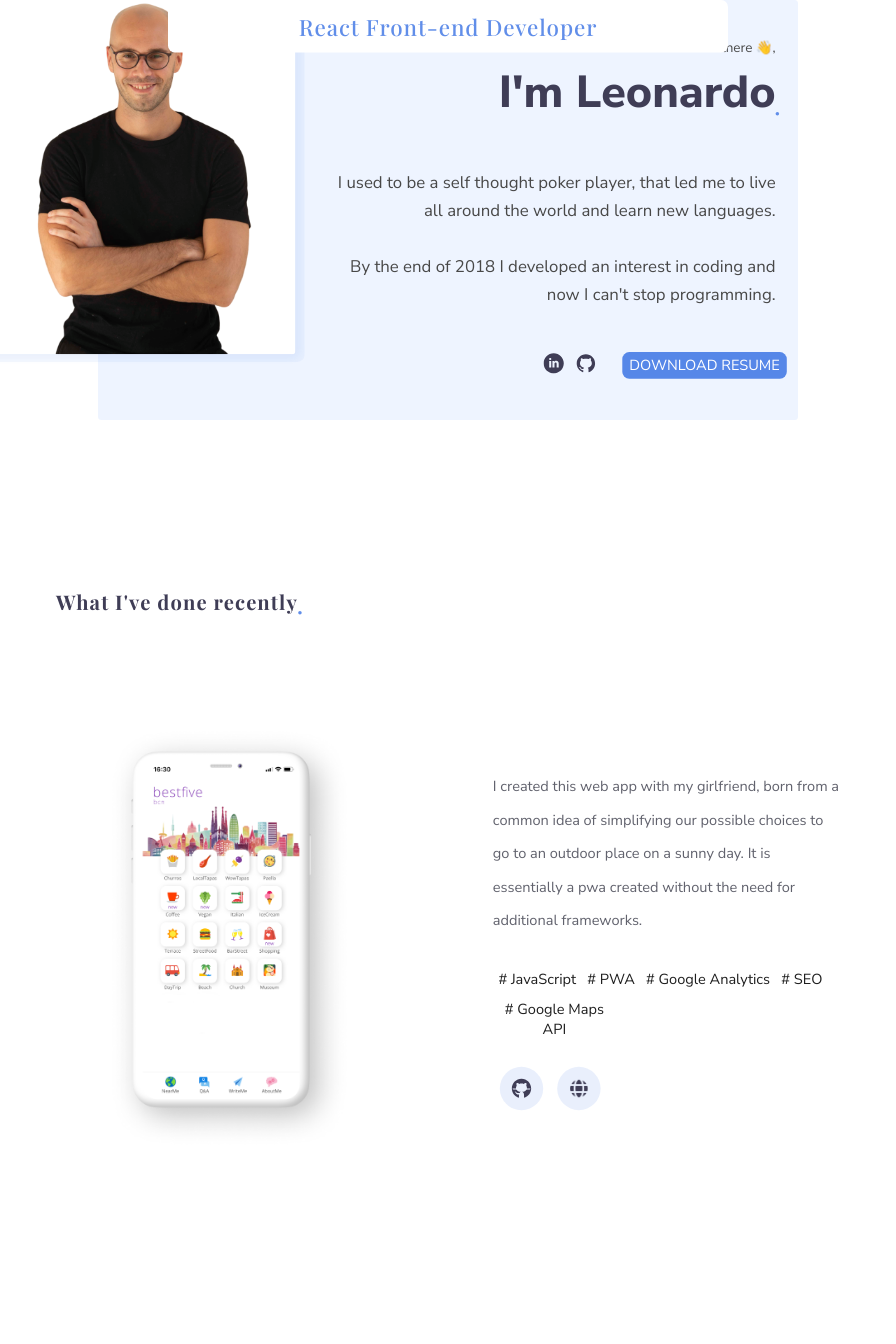
Repository: Easaaa/Portfolio-2020
Page: index.html
An editor plug-in stored every save of this project. The page is shown before and after the next save, followed by the edit.
The browser window is 1280 px wide. The pictures show the part of the page from y = 0 to 1920 px (the page is 6588 px tall), at 70% of full size.
The style sheet was rebuilt from its Sass, Less or Tailwind sources for each picture, by a compiler version that may differ from the author's.

Above is the page before, as saved 2020-02-28 16:09:02.

### index.html
<!DOCTYPE html>
<html lang="en">
  <head>
    <meta charset="UTF-8" />
    <meta name="viewport" content="width=device-width, initial-scale=1.0" />
    <meta http-equiv="X-UA-Compatible" content="ie=edge" />
    <link rel="stylesheet" href="/stylesheets/css/main.css" />
    <title>leonardotononi.com</title>
  </head>
  <body>
    <header>
      <div class="actions">
        <div class="socials">
          <a target="_blank" href="https://www.linkedin.com/in/leonardo-tononi/"
            ><img src="/assets/linkedin-with-circle.svg" alt="linkedin icon"
          /></a>
          <a target="_blank" href="https://github.com/Easaaa"
            ><img src="/assets/github-filled.svg" alt="github icon"
          /></a>
        </div>
        <div class="resume-btn">
          <a href="#">Download Resume</a>
        </div>
      </div>

      <div class="content-header">
        <div class="text-header-col">
          <p class="sub-title">Hi there 👋,</p>
          <h1>
            I'm Leonardo
          </h1>
          <p class="about-title">
            I like learn <br />
            I’m indipendent <br />
            I’m courious
          </p>
          <p class="about-title-desktop">
            I used to be a self thought poker player, that led me to live all
            around the world and learn new languages. <br /><br />

            By the end of 2018 I developed an interest in coding and now I can't
            stop programming.
          </p>
          <div class="actions-desktop">
            <div class="socials">
              <a
                target="_blank"
                href="https://www.linkedin.com/in/leonardo-tononi/"
                ><img src="/assets/linkedin-with-circle.svg" alt="linkedin icon"
              /></a>
              <a target="_blank" href="https://github.com/Easaaa"
                ><img src="/assets/github-filled.svg" alt="github icon"
              /></a>
            </div>
            <div class="resume-btn">
              <a href="#">Download Resume</a>
            </div>
          </div>
          <h4>React Front-end Developer</h4>
        </div>
        <img
          src="/assets/leo-black.png"
          class="image-me-desktop"
          alt="leonardo photo"
        />
      </div>
    </header>
    <section class="works-section">
      <h2>
        What I've done recently
      </h2>
      <div class="work">
        <img src="/assets/bestfive.png" alt="iphone mockup" class="iphone" />
        <div class="work-details">
          <p>
            I created this web app with my girlfriend, born from a common idea
            of ​​simplifying our possible choices to go to an outdoor place on a
            sunny day. It is essentially a pwa created without the need for
            additional frameworks.
          </p>
          <ul class="lan-tag">
            <li># JavaScript</li>
            <li># PWA</li>
            <li># Google Analytics</li>
            <li># SEO</li>
            <li style="width: 11rem;"># Google Maps API</li>
          </ul>
          <div class="project-links">
            <a target="_blank" href="https://github.com/Easaaa/Bestfive-bcn"
              ><img src="/assets/github.svg" alt="git hub icon"
            /></a>
            <a target="_blank" href="https://bestfivebcn.com"
              ><img src="/assets/web.png" alt="world icon"
            /></a>
          </div>
        </div>
      </div>
      <div class="work odds">
        <img
          src="/assets/toureo-admin.png"
          alt="laptop mockup"
          class="desktop"
        />
        <div class="work-details">
          <p>
            After creating the first application and having hard coded the data,
            clearly not the smartest thing, I thought of creating an
            administration page from where I can create and manage the data from
            the database and then pull it from the mobile web app.
            <em
              >If you want have a look, write me an email, because you need the
              access.</em
            >
          </p>
          <ul class="lan-tag">
            <li># React.js</li>
            <li style="width: 10rem;"># Firebase Auth</li>
            <li># Firestore</li>
          </ul>
          <div class="project-links">
            <a
              target="_blank"
              href="https://github.com/Easaaa/admin-app-bestfive"
              ><img src="/assets/github.svg" alt="git hub icon"
            /></a>
            <a target="_blank" href="https://bestfivebcn.netlify.com/"
              ><img src="/assets/web.png" alt="world icon"
            /></a>
          </div>
        </div>
      </div>
      <div class="work">
        <img
          src="/assets/hotel-vittoria.png"
          alt="laptop mockup"
          class="desktop"
        />
        <div class="work-details">
          <p>
            This project with a italian hotel was my first approach to
            programming. In 2018 I made a web site with multilingual support
            with plain Html, css and JavaScript. On this
            <a target="_blank" href="https://vittoriahotel.eu">link</a> you can
            see the previous web and below you can see the new web app that is
            nearly ready to be deployed and so how my skills and tastes have
            evolved.
          </p>
          <ul class="lan-tag">
            <li># Gatsby.js</li>
            <li># Mobile View</li>
            <li># Booking.com API</li>
          </ul>
          <div class="project-links">
            <a
              target="_blank"
              href="https://github.com/Easaaa/hotel-vittoria-2020"
              ><img src="/assets/github.svg" alt="git hub icon"
            /></a>
            <a target="_blank" href="https://hotelvittoria.netlify.com/"
              ><img src="/assets/web.png" alt="world icon"
            /></a>
          </div>
        </div>
      </div>
      <div class="work odds">
        <img
          src="/assets/books-manager.png"
          alt="laptop mockup"
          class="desktop"
        />
        <div class="work-details">
          <p>
            This is a simple project made with react redux to test my
            understanding and the power of this stack.
          </p>
          <ul class="lan-tag">
            <li># React.js</li>
            <li># Redux</li>
            <li># Firebase Auth</li>
            <li># Google Books APIs</li>
          </ul>
          <div class="project-links">
            <a target="_blank" href="https://github.com/Easaaa/Book-manager"
              ><img src="/assets/github.svg" alt="git hub icon"
            /></a>
            <a target="_blank" href="https://books-manager.netlify.com/"
              ><img src="/assets/web.png" alt="world icon"
            /></a>
          </div>
        </div>
      </div>
      <h2>
        What I'm currently working on
      </h2>
      <div class="work">
        <img
          src="/assets/toureo-proto.png"
          alt="iphone mockup"
          class="iphone"
        />
        <div class="work-details">
          <p>
            I am recreating the first application (bestfive). The aim is to
            create the application with React Native, building more complex
            features, such as a more functional map, with filters and better
            interactions.
          </p>
          <ul class="lan-tag">
            <li># ReactNative</li>
            <li># Firebase</li>
          </ul>
          <div class="project-links"></div>
        </div>
      </div>
    </section>
    <section class="skill-section">
      <h2>
        Skills
      </h2>
      <ul class="skills">
        <li><img src="/assets/icon-skills/javascript.svg" alt="" /></li>
        <li><img src="/assets/icon-skills/react.svg" alt="" /></li>
        <li><img src="/assets/icon-skills/redux.svg" alt="" /></li>
        <li><img src="/assets/icon-skills/gatsby.svg" alt="" /></li>
        <li><img src="/assets/icon-skills/firebase.svg" alt="" /></li>
        <li><img src="/assets/icon-skills/sass.svg" alt="" /></li>
        <li><img src="/assets/icon-skills/html-5.svg" alt="" /></li>
        <li><img src="/assets/icon-skills/css-3.svg" alt="" /></li>
        <li><img src="/assets/icon-skills/logo-pwa.svg" alt="" /></li>
        <li><img src="/assets/icon-skills/figma.svg" alt="" /></li>
      </ul>
    </section>
    <footer>
      <h2>How to contact me</h2>
      <p>
        I am available for freelancer jobs and to work in your company. If you
        think I would be a good fit for you, send me an email.
      </p>
      <a href="mailto:leonardotononi@gmail.com" target="_top">
        <h5>leonardotononi@gmail.com</h5></a
      >
      <a href="/CV ENG - 02:2020.pdf" download>Download resume</a>
      <div class="social-links">
        <a target="_blank" href="https://www.linkedin.com/in/leonardo-tononi/"
          ><img src="/assets/linkedin-with-circle.svg" alt="linkedin icon"
        /></a>
        <a target="_blank" href="https://github.com/Easaaa"
          ><img src="/assets/github-filled.svg" alt="github icon"
        /></a>
      </div>
    </footer>
  </body>
</html>

### stylesheets/scss/main.scss
@import url("https://fonts.googleapis.com/css?family=Nunito+Sans:400,600,700,800&display=swap");
@import url("https://fonts.googleapis.com/css?family=Playfair+Display:500,700&display=swap");

* {
  padding: 0;
  margin: 0;
  box-sizing: border-box;
}

html {
  height: 100%;
  font-family: "Nunito Sans", sans-serif;
  -ms-text-size-adjust: 100%;
  -webkit-text-size-adjust: 100%;
}

body {
  width: 100%;
  height: 100%;
  -webkit-font-smoothing: antialiased;
  -moz-osx-font-smoothing: grayscale;
  font-size: 16px;
  display: block;
  min-width: 100%;
  margin-right: auto;
  margin-left: auto;
  float: right;
  clear: none;
  color: #1e1e1e;
  font-style: normal;
}

// GENERAL STYLE

ul li {
  list-style: none;
}

h2 {
  font-size: 1.8rem;
  color: #3f3d56;
  font-weight: 900;
  position: relative;
  font-family: "Playfair Display", serif;
  letter-spacing: 1.6px;

  &:after {
    content: "";
    width: 5px;
    height: 5px;
    background-color: #618ee9;
    border-radius: 50%;
    bottom: 0;
    position: absolute;
  }
}

a {
  cursor: pointer;
}

// HEADER

header {
  width: 100%;
  padding: 1rem 0 4rem 0;
  height: 90vh;

  .actions-desktop {
    display: none
  }

  .actions {
    padding: 0 1rem;
    width: 100%;
    display: flex;
    justify-content: space-between;

    img {
      margin: 0 5px;
      width: 30px;
    }

    .resume-btn {
      padding-top: 4px;

      a {
        background-color: #5687E8;
        padding: 5px 10px;
        border-radius: 10px;
        color: #fff;
        text-decoration: none;
        text-transform: uppercase;
        transition: background-color 150ms ease-in-out;

        &:hover {
          background-color: #4670c5;
        }
      }
    }
  }

  .content-header {
    padding: 3rem 0;
    border-radius: 5px;
    height: 450px;
    top: 50%;
    position: relative;
    margin-top: -225px;

    .sub-title {
      font-size: 1.2rem;
      padding: 0 2rem;
    }

    .about-title-desktop {
      display: none;
    }
  }

  h1 {
    color: #3f3d56;
    font-size: 2.5rem;
    text-align: end;
    font-weight: 900;
    padding: 0 2rem;
    position: relative;

    &:after {
      content: "";
      width: 5px;
      height: 5px;
      background-color: #618ee9;
      border-radius: 50%;
      bottom: 0.7rem;
      position: absolute;
    }
  }

  h4 {
    color: #3f3d56a1;
    padding: 1rem 2rem;
    font-size: 1.7rem;
    text-align: end;
    color: #618EE9;
  }

  p {
    color: #484848;
    text-align: end;
    font-weight: 400;
    font-size: 1.7rem;
    padding: 1rem 2rem;
    line-height: 2.5rem;
    margin: 0;
  }

  .socials-header {
    padding: 3rem 1rem 0rem 1rem;

    a img {
      width: 30px;
    }
  }



  .image-me-desktop,
  .image-me-mobile {
    max-width: 80%;
    margin: 0 auto -6px 20px;
    mix-blend-mode: normal;
  }

  .image-me-desktop {
    display: none;
  }
}

// WORKS

.works-section {
  max-width: 1400px;
  margin: 0 auto;
  padding: 1rem 2rem;

  img {
    width: 100%;
    margin: 0 auto;
    max-width: 450px;
    display: block;
    object-fit: cover;
    transition: transform 150ms ease-in;

    &:hover {
      transform: scale(1.05);
    }
  }

  .work {
    padding: 5rem 0;

    em {
      font-weight: 100;
    }

    .project-links {
      padding: 1rem 0;
      display: inline-flex;

      a {
        padding: 1rem;
        color: #fff;
        background-color: #618ee924;
        margin: 0 10px;
        border-radius: 50%;
      }

      img {
        width: 30px;
      }
    }
  }

  .iphone {
    width: 70%;
  }

  .desktop {
    max-width: 700px;
  }

  p {
    color: #61626d;
    padding: 1.3rem 0;
    line-height: 35px;
    font-size: 1.3rem;

    a {
      color: #5687e8;
    }
  }

  .lan-tag {
    padding: 1rem 0;
    display: flex;
    flex-wrap: wrap;
    justify-content: flex-start;

    li {
      padding: 0.5rem;
      font-size: 1.3rem;
      text-align: center;
      border-radius: 40px;
    }

    .js {
      background-color: #f7df1e;
    }

    .react {
      background-color: #00d8ff;
    }

    .firebase {
      background-color: #fcca3f;
    }

    .redux {
      background-color: #764abc;
    }

    .pwa {
      background-color: #a34a4a;
      color: #fff;
    }
  }
}

// SKILLS

.skill-section {
  padding: 5rem 2rem;

  h2 {
    margin-bottom: 2rem;
  }

  .skills {
    display: flex;
    flex-wrap: wrap;
    justify-content: space-evenly;

    li {
      width: 100px;
      text-align: center;
      padding: 1rem;

      img {
        width: 40px;
      }
    }
  }
}

// FOOTER

footer {
  padding: 2rem;

  h2 {
    margin-bottom: 2rem;
  }

  p {
    color: #61626d;
    text-align: start;
    font-weight: 400;
    line-height: 2.5rem;
    padding-bottom: 2rem;
    font-size: 1.3rem;
  }

  h5 {
    font-size: 1.2rem;
    font-weight: 400;
    color: #5687e8;
    padding-bottom: 2rem;
  }

  a {
    color: #5687e8;
  }

  .social-links {
    padding: 2rem 0;
    width: 100%;
    text-align: start;

    img {
      width: 30px;
      margin-right: 10px;
      color: #3f3d56;
    }

    a {
      text-decoration: none;
      color: #3f3d56;
    }
  }
}

@media only screen and (min-width: 700px) {
  body {
    font-size: 1.3rem;
  }

  header {
    max-width: 750px;
    margin: 0 auto;
  }

  .works-section {
    padding: 5rem;

    .odds:last-of-type {
      padding: 3rem 0;
    }

    .work {
      padding: 10rem 0;

      p {
        line-height: 3rem;
      }
    }

    .desktop {
      padding-bottom: 4rem;
    }
  }

  .skill-section {
    padding: 5rem 2rem;

    .skills li img {
      width: 50px;
    }
  }

  footer {
    padding: 12rem 0;
  }
}

@media only screen and (min-width: 1000px) {

  header {
    max-width: 1000px;

    .actions {
      display: none;
    }

    .actions-desktop {
      padding: 0 1rem;
      width: 100%;
      display: flex;
      justify-content: flex-end;

      img {
        margin: 0 5px;
        width: 30px;
        transition: transform 50ms ease-in;
      }

      .socials {
        padding-right: 2rem;

        img:hover {
          transform: scale(1.1);
        }
      }

      .resume-btn {
        padding-top: 4px;

        a {
          background-color: #5687E8;
          padding: 5px 10px;
          border-radius: 10px;
          color: #fff;
          text-decoration: none;
          text-transform: uppercase;
          transition: background-color 150ms ease-in-out;

          &:hover {
            background-color: #4670c5;
          }
        }
      }
    }

    h1 {
      font-size: 4rem;
    }

    h4 {
      font-size: 2rem;
      /* opacity: 0.3; */
      font-weight: 400;
      width: 800px;
      letter-spacing: 1.3px;
      text-align: center;
      position: fixed;
      left: 50%;
      z-index: 3;
      font-family: "Playfair Display", serif;
      background: white;
      top: 0;
      margin-left: -400px;
      border-radius: 10px;
    }

    p {
      font-size: 1.5rem;
    }

    .content-header {
      padding: 3rem 0;
      border-radius: 5px;
      height: 600px;
      top: 50%;
      position: relative;
      margin-top: -300px;
      background: #eef4ff;

      .about-title-desktop {
        display: inline-block;
        padding: 4rem 2rem;
        margin-left: 300px;
      }

      .about-title {
        display: none;
      }

      .image-me-desktop {
        display: inline-block;
        position: absolute;
        bottom: 100px;
        left: -180px;
        box-shadow: 8px 6px 0px 5px #5687e80f, -3px -3px 9px 10px #5687e812;
        background: #ffffff;
        border-radius: 5px;
      }
    }


  }


  .image-me-mobile {
    display: none;
  }



  .works-section {
    padding: 12rem 5rem;

    .work {
      display: grid;
      grid-template-columns: 1fr 1fr;
      grid-gap: 8rem;
      place-content: center;
      place-items: center;

      .lan-tag {
        justify-content: flex-start;
      }
    }

    .odds {
      img {
        order: 2;
      }

      p {
        text-align: end;
      }

      .lan-tag {
        justify-content: flex-end;
      }

      .project-links {
        justify-content: flex-end;
        width: 100%;
      }
    }
  }

  .skill-section {
    max-width: 1000px;
    background-color: #d7dce44a;
    margin: 0 auto;
  }

  footer {
    max-width: 1000px;
    margin: 0 auto;
  }
}

After the next save:
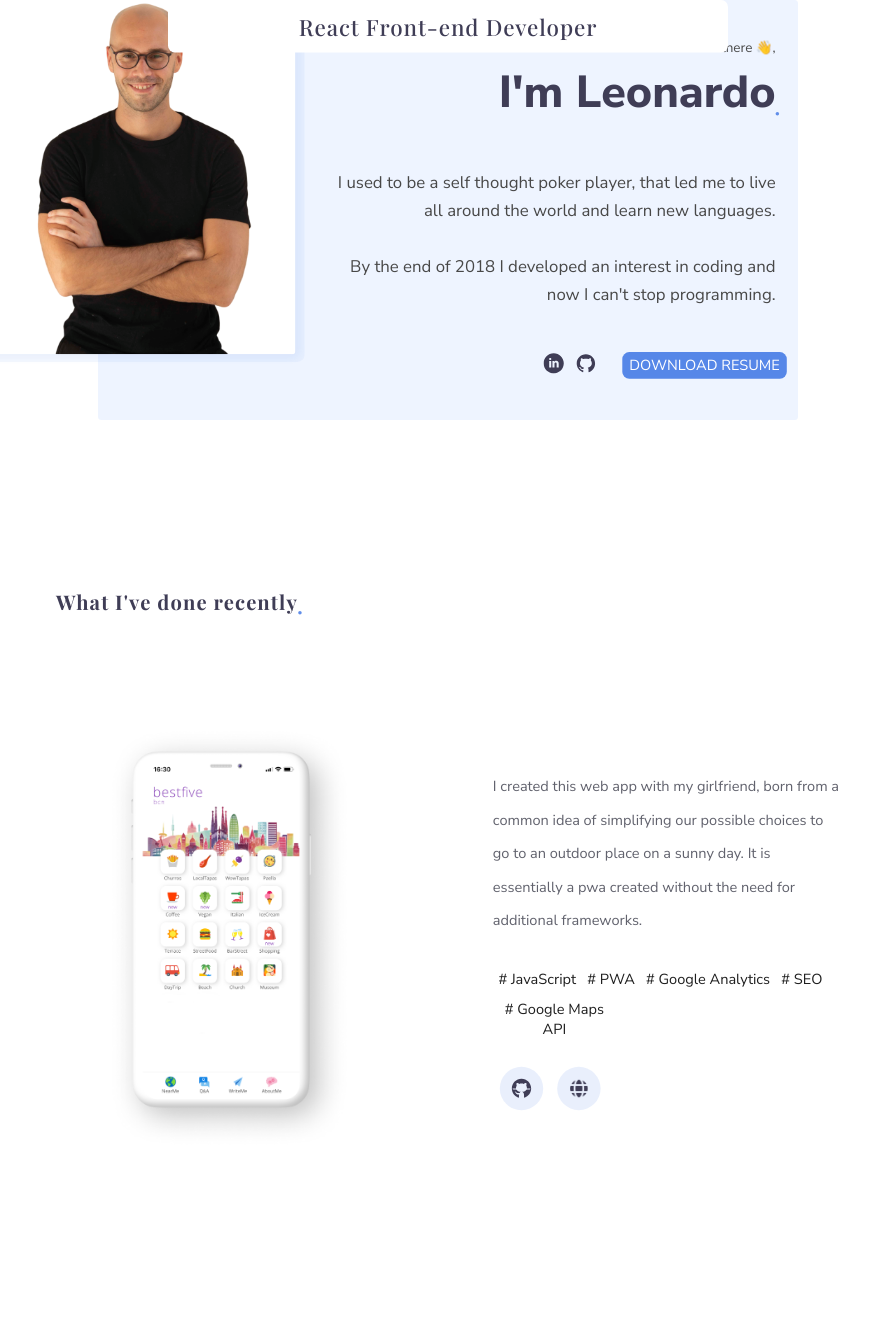
Saved 30 s later.
--- a/stylesheets/scss/main.scss
+++ b/stylesheets/scss/main.scss
@@ -447,7 +447,6 @@
 
     h4 {
       font-size: 2rem;
-      /* opacity: 0.3; */
       font-weight: 400;
       width: 800px;
       letter-spacing: 1.3px;
@@ -460,6 +459,7 @@
       top: 0;
       margin-left: -400px;
       border-radius: 10px;
+      color: #3f3d56;
     }
 
     p {
